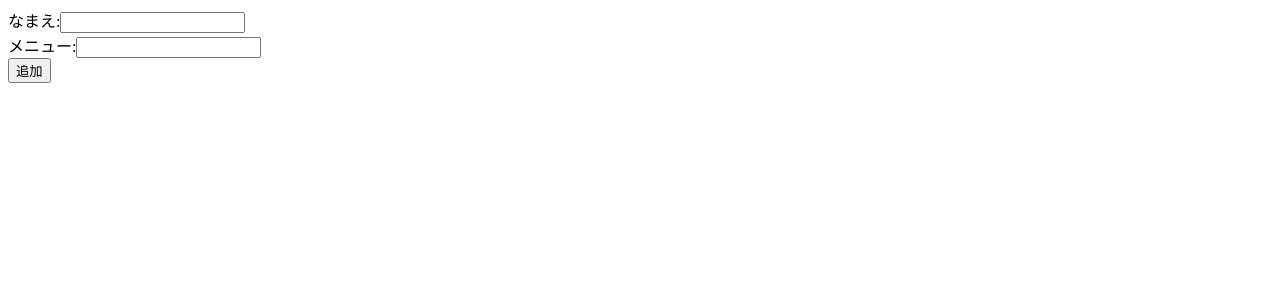
Repository: ltbur/javaEc2
Page: http://localhost/lunchapp/Create
The author's editor kept a copy of each file at every save. The page is drawn from the files as they stood at one save, then again after the next save.
The browser window is 1280 px wide. The pictures show the whole page.
The page is served by Tomcat 9. Other server files are loaded and not shown.

Above is the page before, as saved 2022-06-02 01:49:33.

### lunchapp/WebContent/WEB-INF/view/create.jsp
<%@ page language="java" contentType="text/html; charset=UTF-8"
    pageEncoding="UTF-8"%>
<!DOCTYPE html>
<html>
<head>
<meta charset="UTF-8">
<title>Insert title here</title>
</head>
<body>
<form action="/lunchapp/Create" method="post">
なまえ:<input type="text" name="name"><br>
メニュー:<input type="text" name="menu"><br>
<button type="submit">追加</button>
</form>
</body>
</html>

### lunchapp/src/controller/Create.java
package controller;

import java.io.IOException;

import javax.servlet.RequestDispatcher;
import javax.servlet.ServletException;
import javax.servlet.annotation.WebServlet;
import javax.servlet.http.HttpServlet;
import javax.servlet.http.HttpServletRequest;
import javax.servlet.http.HttpServletResponse;

import dao.LunchDAO;
import model.Lunch;

/**
 * Servlet implementation class Create
 */
@WebServlet("/Create")
public class Create extends HttpServlet {
	private static final long serialVersionUID = 1L;


	protected void doGet(HttpServletRequest request, HttpServletResponse response) throws ServletException, IOException {
		RequestDispatcher rd=request.getRequestDispatcher("/WEB-INF/view/create.jsp");
		rd.forward(request, response);
	}


	protected void doPost(HttpServletRequest request, HttpServletResponse response) throws ServletException, IOException {
		request.setCharacterEncoding("UTF-8");
		String name=request.getParameter("name");
		String menu=request.getParameter("menu");
		Lunch lunch=new Lunch(name,menu);
		LunchDAO ld=new LunchDAO();
		ld.insertOne(lunch);

		response.sendRedirect("/lunchapp/Read");
	}

}

After the next save:
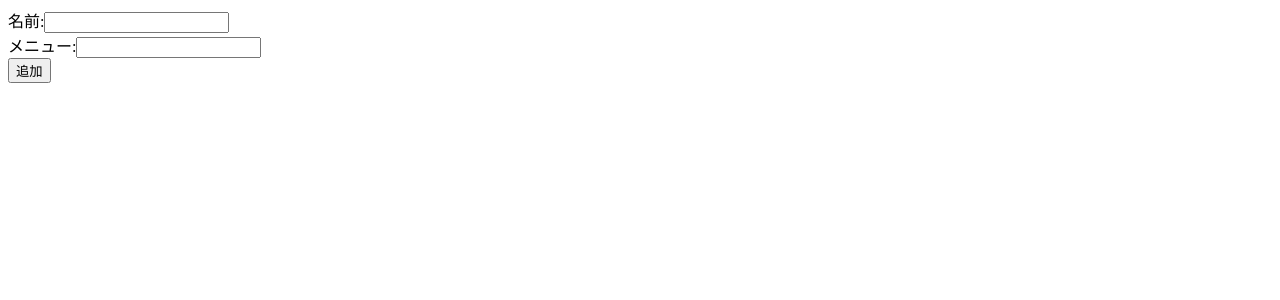
Saved 14 min 11 s later.
--- a/lunchapp/WebContent/WEB-INF/view/create.jsp
+++ b/lunchapp/WebContent/WEB-INF/view/create.jsp
@@ -8,7 +8,7 @@
 </head>
 <body>
 <form action="/lunchapp/Create" method="post">
-なまえ:<input type="text" name="name"><br>
+名前:<input type="text" name="name"><br>
 メニュー:<input type="text" name="menu"><br>
 <button type="submit">追加</button>
 </form>
